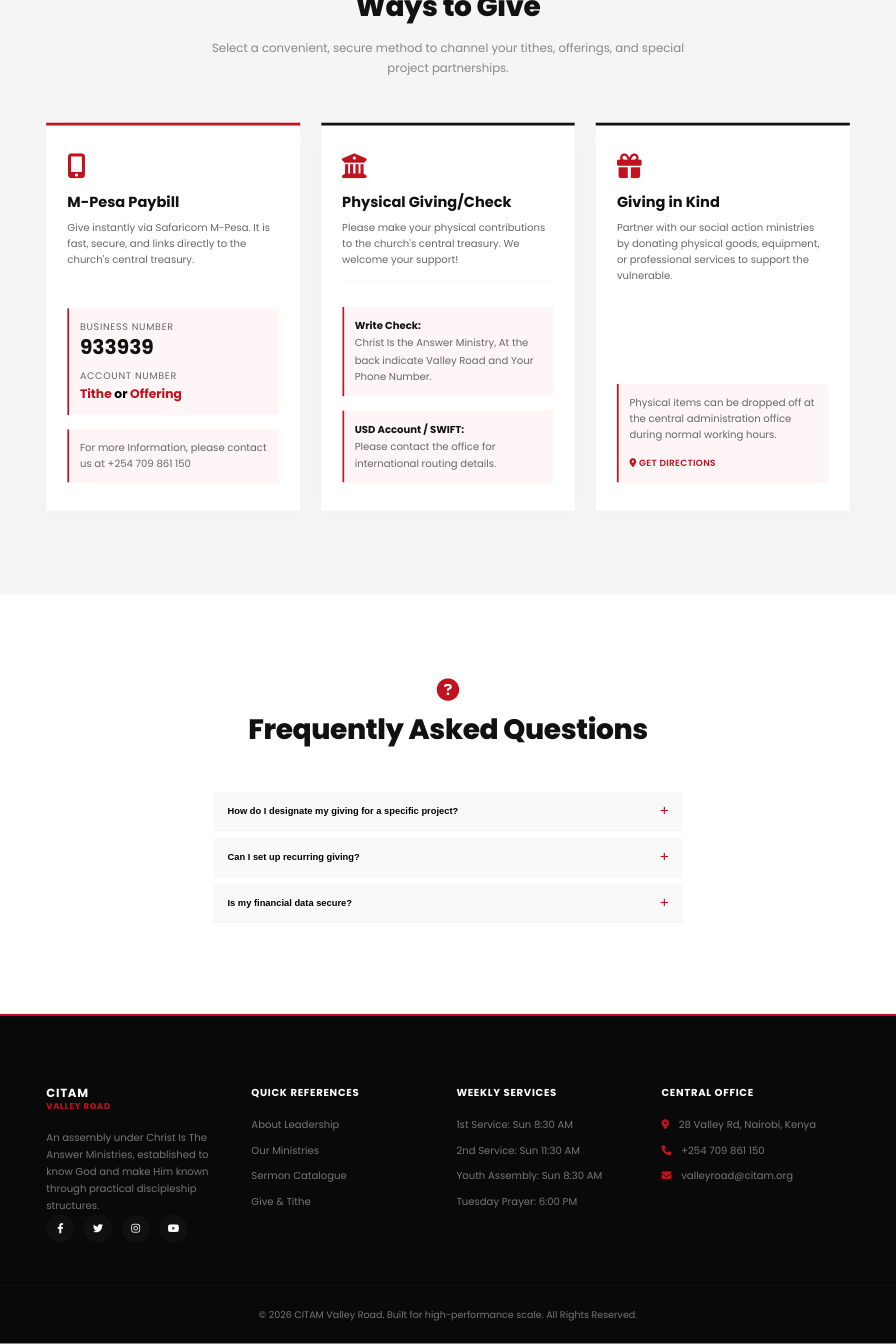
Repository: jereworks/CITAMVRD-Website
Page: give.html
These files come from the project's save history. The page is drawn as it stood at one moment and after the next save; the edit follows.
The browser window is 1280 px wide. The pictures show the part of the page from y = 645 to 2565 px (the page is 2565 px tall before and 2529 px after), at 70% of full size.

Above is the page before, as saved 2026-06-12 07:33:20.

After the next save:
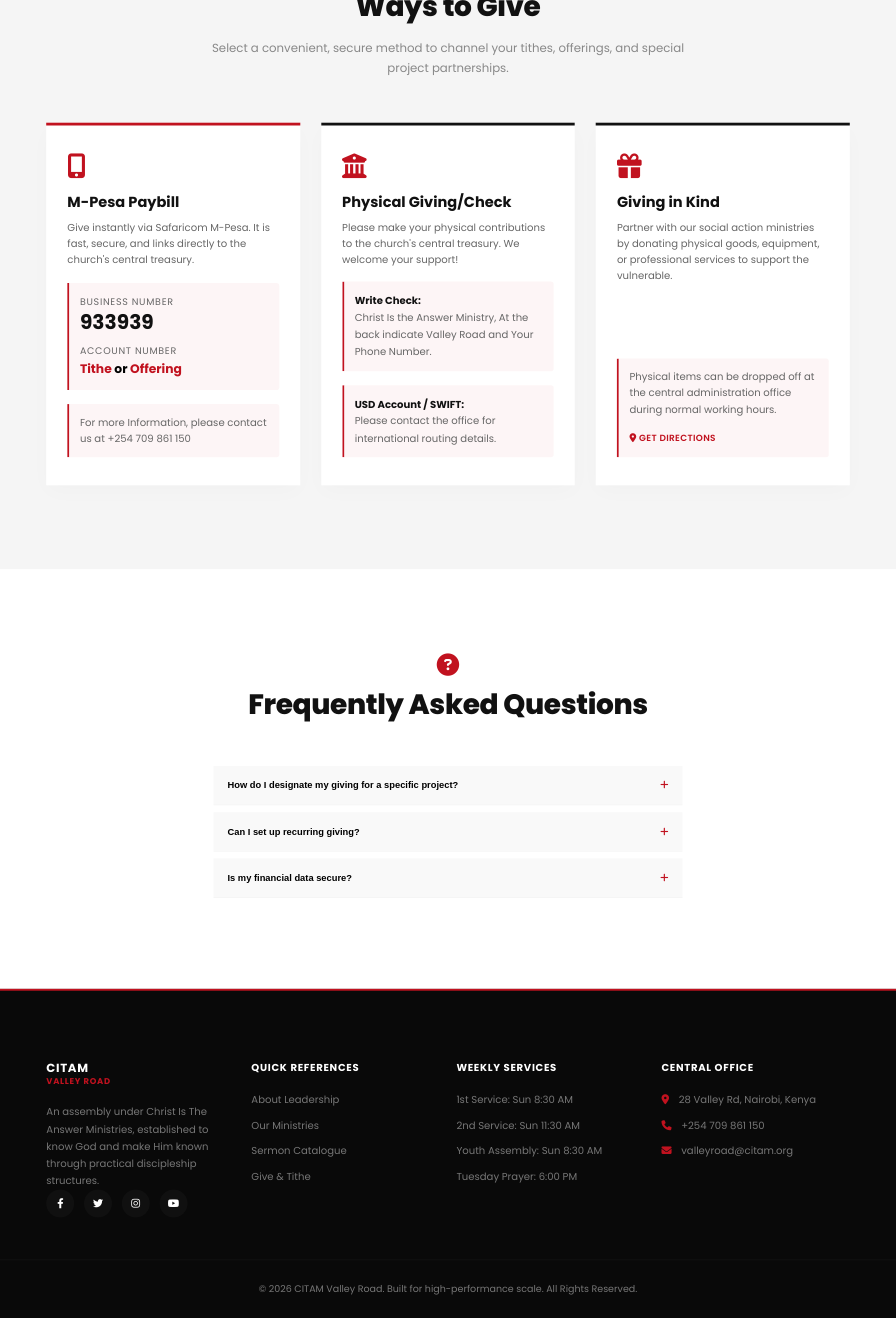
Saved 2 min 45 s later.
--- a/give.html
+++ b/give.html
@@ -114,7 +114,7 @@
                     <h3>Physical Giving/Check</h3>
                     <p style="flex-grow: 1;">Please make your physical contributions to the church's central treasury. We welcome your support!</p>
 
-                    <div style="border-top: 1px solid rgba(0,0,0,0.05); padding-top: 15px; margin-top: 20px;">
+                    <div >
                         <ul style="list-style: none; font-size: 0.9rem;">
                             <li style="background: rgba(193, 18, 31, 0.04); border-left: 3px solid var(--primary); padding: 15px; margin-top: 20px; border-radius: 0 4px 4px 0;">
                                 <strong style="color: var(--dark); display: block;">Write Check:</strong>
